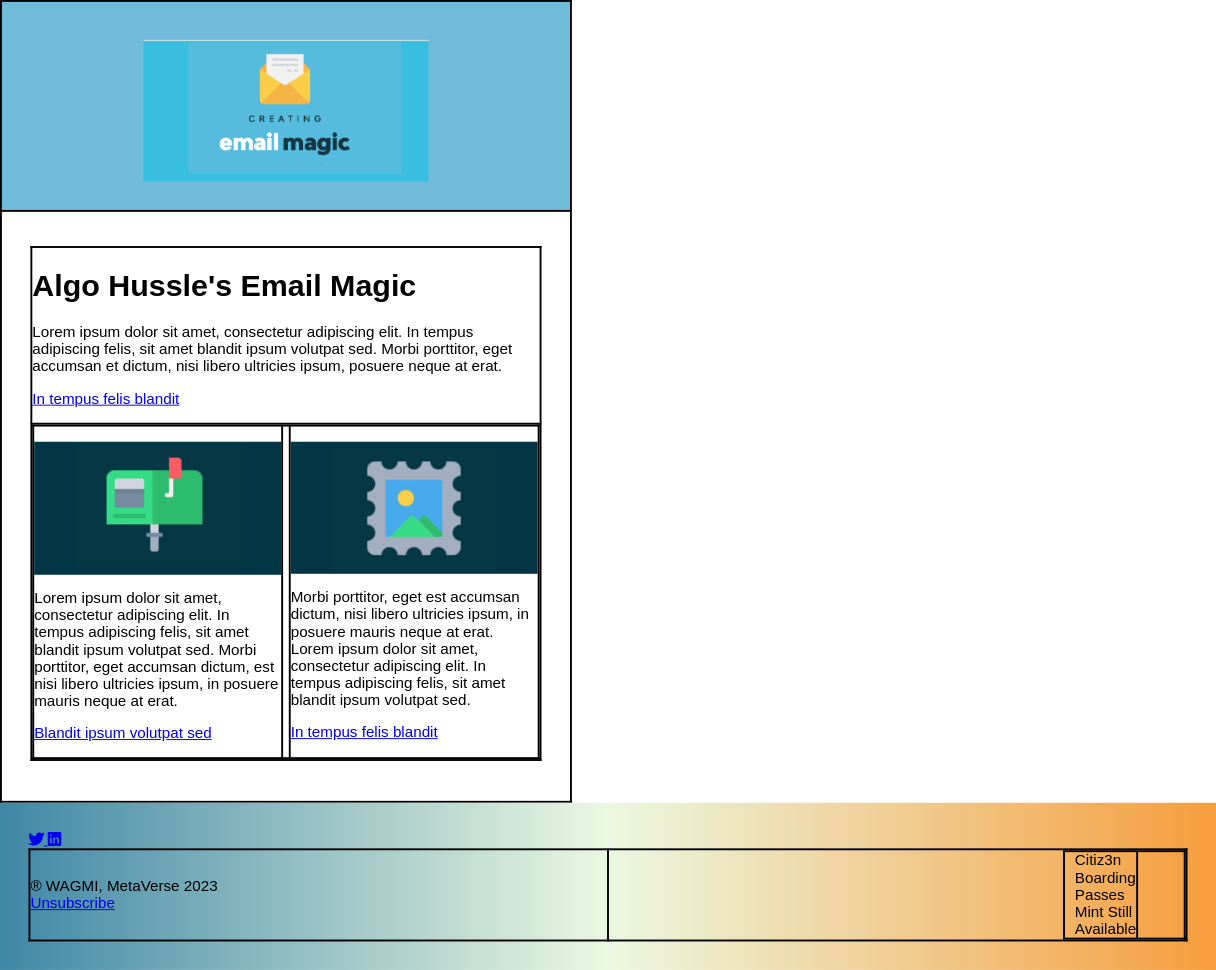
Repository: MikeeBuilds/email-template
Page: index.html
An editor plug-in stored every save of this project. The page is shown before and after the next save, followed by the edit.
The browser window is 1280 px wide. The pictures show the whole page, at 95% of full size.
Some web libraries are served in a nearby version.

Above is the page before, as saved 2022-11-25 13:58:20.

After the next save:
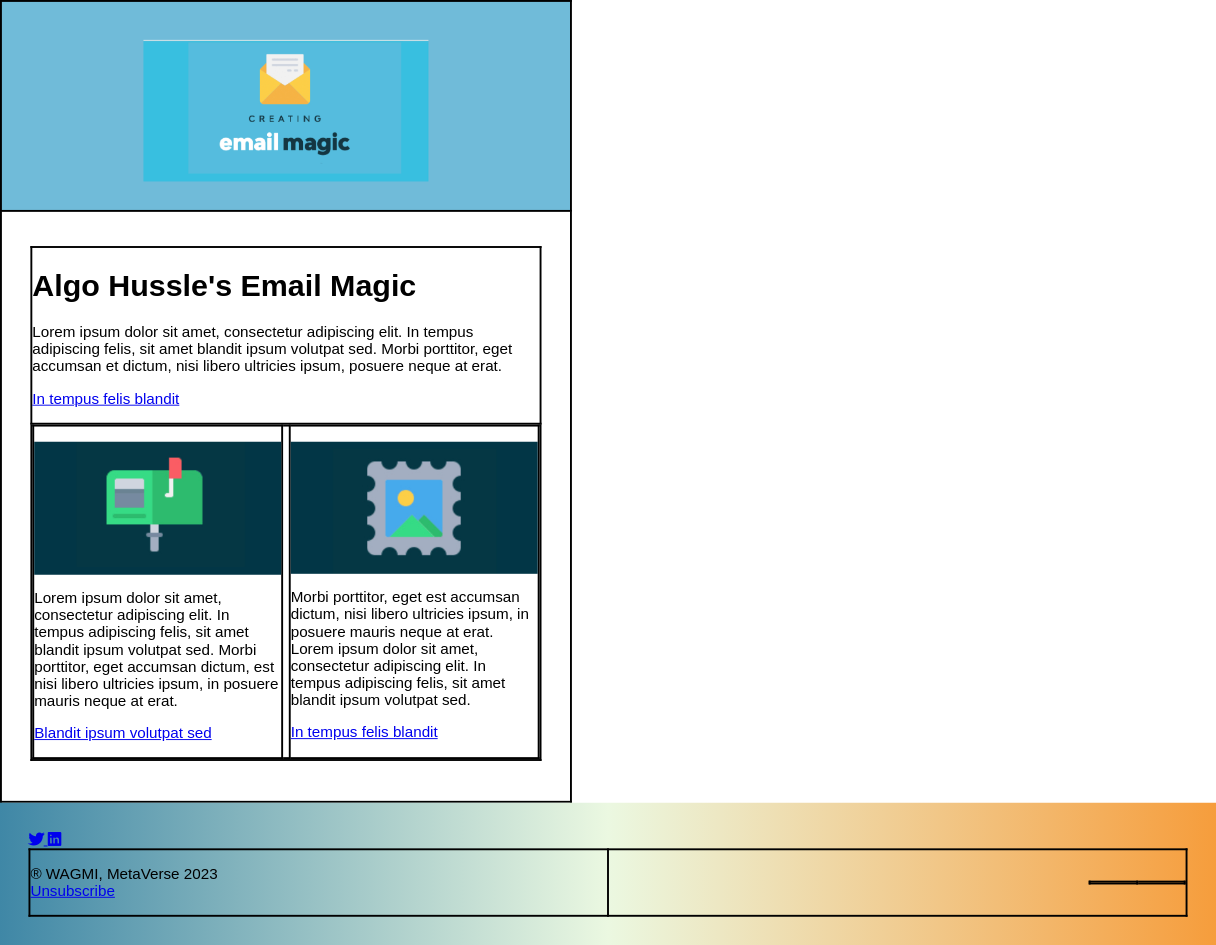
Saved 16 s later.
--- a/index.html
+++ b/index.html
@@ -84,7 +84,7 @@
                         <table role="presentation" style="border-collapse:collapse;border:0;border-spacing:0;">
                             <tr>
                                 <td style="padding:0 0 0 10px;width:38px;">
-                                Citiz3n Boarding Passes Mint Still Available
+
                                 </td>
                                 <td style="padding:0 0 0 10px;width:38px;"></td>
                             </tr>
